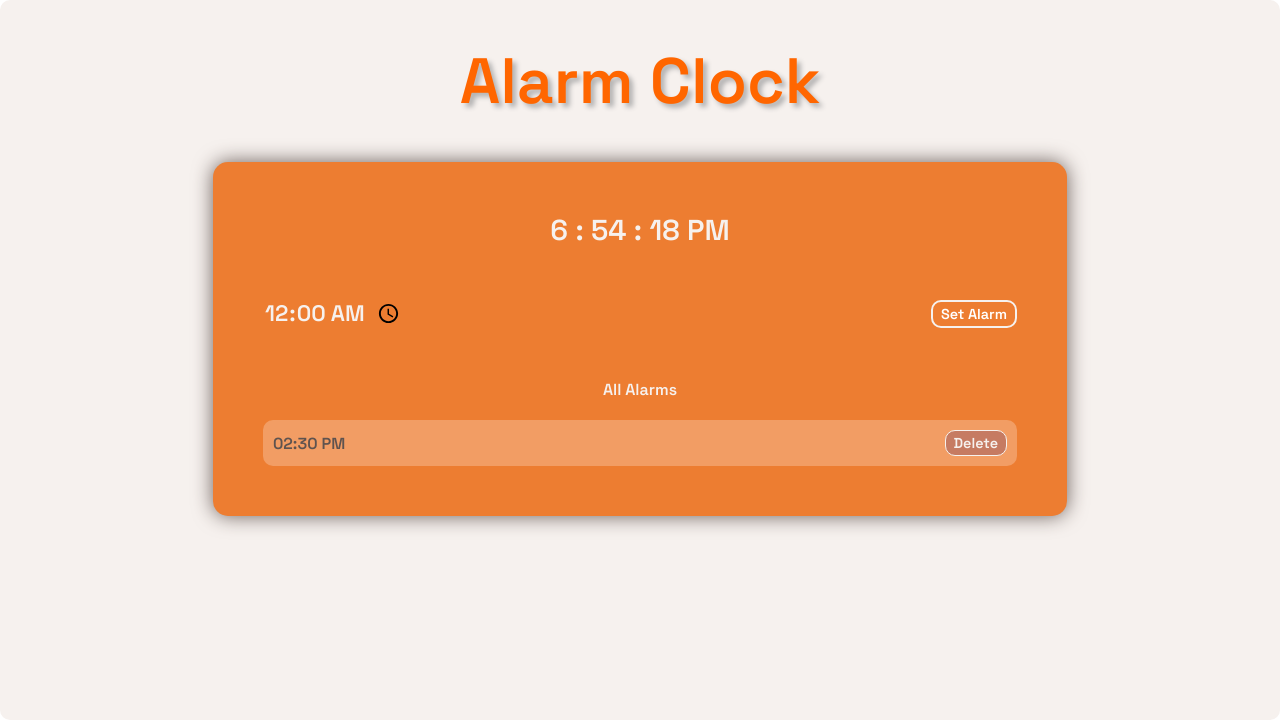
Repository: Pragya016/Alarm-Clock
Page: Index.html
The author's editor kept a copy of each file at every save. The page is drawn from the files as they stood at one save, then again after the next save.
The browser window is 1280 px wide. The pictures show the whole page.

Above is the page before, as saved 2024-01-19 22:30:48.

After the next save:
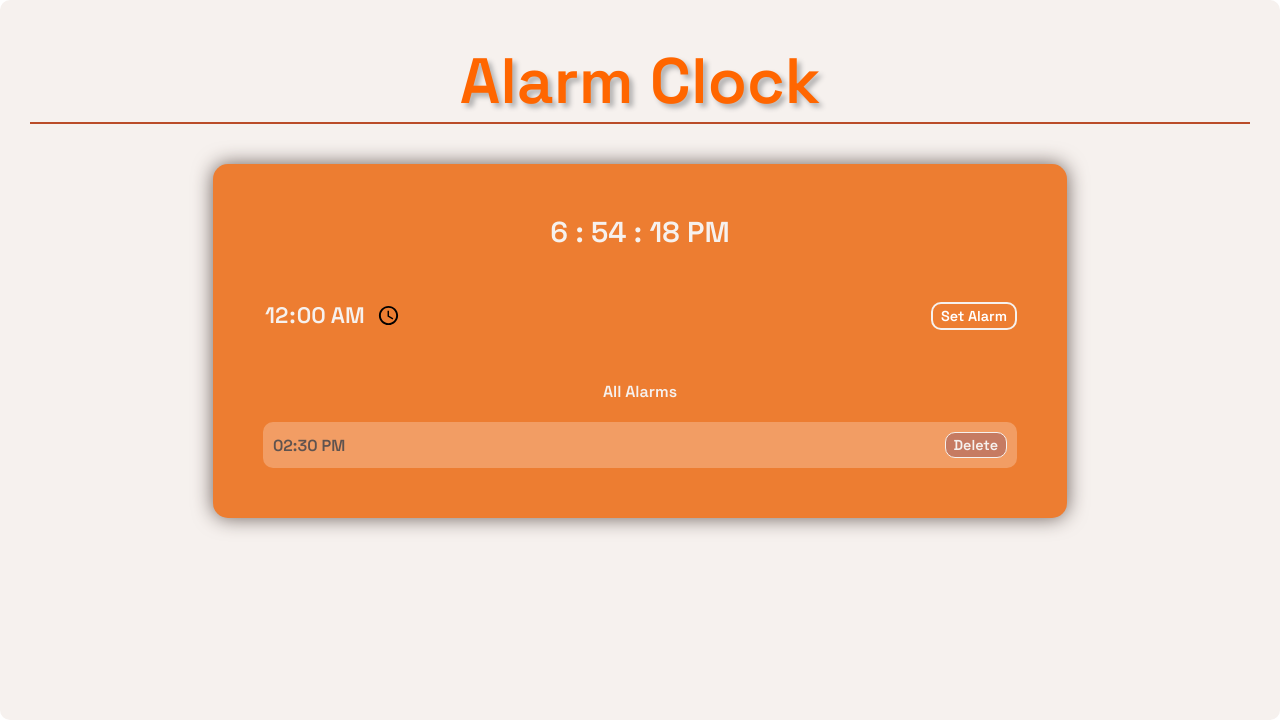
Saved 5 s later.
--- a/styles.css
+++ b/styles.css
@@ -37,7 +37,7 @@
     text-align: center;
     margin-top: 10px;
     font: 900;
-    border-bottom: 2px solid var(--);
+    border-bottom: 2px solid var(--orangeShadeDarker);
     font-size: 4rem;
     overflow: hidden;
     text-shadow: 4px 4px 5px rgb(179, 178, 178);
